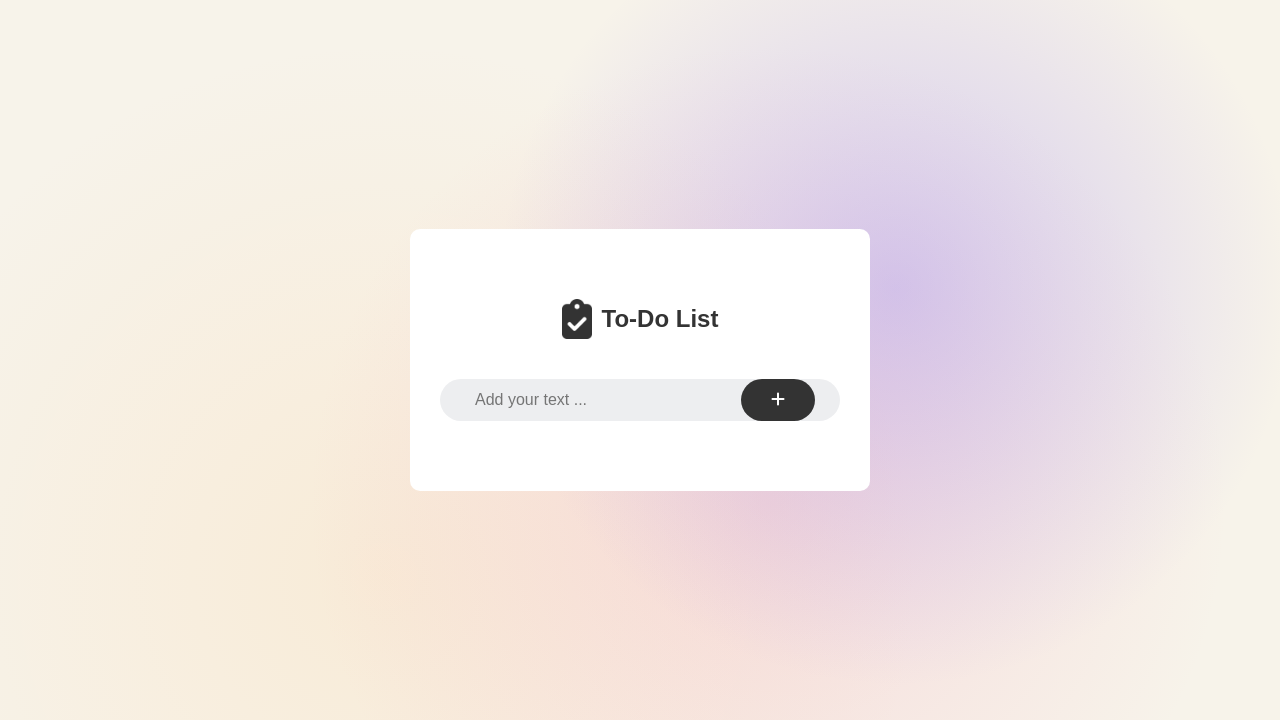
Repository: maltika/To-do_list
Page: index.html
These files come from the project's save history. The page is drawn as it stood at one moment and after a run of saves; the edit follows.
The browser window is 1280 px wide. The pictures show the whole page.

Above is the page before, as saved 2025-05-20 15:05:36.

### index.html
<!DOCTYPE html>
<html lang="en">
  <head>
    <meta charset="UTF-8" />
    <meta name="viewport" content="width=device-width, initial-scale=1.0" />
    <title>To-do List</title>
    <link rel="stylesheet" href="style.css" />
    <link
      rel="stylesheet"
      href="https://cdnjs.cloudflare.com/ajax/libs/font-awesome/6.5.0/css/all.min.css"
    />
  </head>
  <body>
    <div class="content">
      <div class="todo-app">
        <h2>
          <img src="img/Clipboard.png" />
          To-Do List
        </h2>
        <div class="row">
          <input type="text" id="input-box" placeholder="Add your text ..." />
          <button onclick="addTask()"><i class="fa-solid fa-plus"></i></button>
        </div>
        <ul id="list-container">
            <!-- <li class="checked"> Task 1 </li>
            <li> Task 2 </li>
            <li> Task 3 </li> -->
        </ul>
      </div>
    </div>
    <script src="script.js"></script>
  </body>
</html>

### style.css
body {
    margin: 0;
    padding: 0;
    min-height: 100vh;
    background-color: #f7f3ea;
    /* พื้นหลังหลัก */

    background-image:
        radial-gradient(circle at 70% 40%, rgba(128, 104, 243, 0.3), transparent 40%),
        radial-gradient(circle at 60% 70%, rgba(244, 148, 177, 0.25), transparent 50%),
        radial-gradient(circle at 30% 80%, rgba(255, 204, 140, 0.2), transparent 50%);

    background-repeat: no-repeat;
    background-size: cover;
    font-family: sans-serif;
}

.content {
    display: flex;
    justify-content: center;
    align-items: center;
    height: 100vh;
    /* text-align: center; */
    color: #333;
}

* {
    margin: 0;
    padding: 0;
    font-family: 'Poppins', sans-serif;
    box-sizing: border-box;
}

.todo-app {
    width: 100%;
    max-width: 460px;
    background-color: #fff;
    margin: 100px auto px;
    padding: 40px 30px 70px;
    border-radius: 10px;
    border-color: #A6A6A6;
}

.todo-app h2 {
    color: #333;
    display: flex;
    align-items: center;
    margin-top: 30px;
    margin-bottom: 40px;
    justify-content: center;
}

.todo-app h2 img {
    width: 30px;
    margin-right: 10px;
}

.row {
    display: flex;
    align-items: center;
    background: #edeef0;
    border-radius: 30px;
    padding: 0 25px;
    margin-bottom: 25px 30px 0 30px;
    /* gap: 10px; */
}

input {
    flex: 1;
    border: none;
    outline: none;
    background: transparent;
    padding: 10px;
    font-size: 16px;
}

button {
    border: none;
    outline: none;
    background: #333;
    color: #fff;
    padding: 12px 30px;
    font-size: 16px;
    cursor: pointer;
    border-radius: 40px;
    /* white-space: nowrap; */
}

ul li {
    list-style: none;
    font-size: 17px;
    padding: 12px 8px 12px 55px;
    margin-left: 30px;
    margin-right: 30px;
    user-select: none;
    cursor: pointer;
    position: relative;
}

ul li::before {
    content: '';
    position: absolute;
    height: 22px;
    width: 22px;
    border-radius: 50%;
    background-image: url(img/unchecked.png);
    background-size: cover;
    background-position: center;
    top: 11px;
    left: 10px;
}

ul li::after {
    content: '';
    position: absolute;
    left: 8px;
    bottom: -2px;
    width: 100%;
    max-width: 330px;
    height: 1px;

    /* ความหนาของเส้น */
    background-color: #A6A6A6;
    /* สีของเส้น */
    margin-top: 110px;
}

ul li.checked {
    color: #A6A6A6;
    font-style: italic;
    text-decoration: line-through;
}

ul li.checked::before {
    background-image: url(img/checked.png);

}

ul li span {
    position: absolute;
    right: 0;
    top: 5px;
    width: 40px;
    height: 40px;
    font-size: 22px;
    color: #A6A6A6;
    line-height: 40px;
    text-align: center;
    border-radius: 50px;
}

ul li span:hover{
    background-color: #dcdbdb;
}

### script.js
const inputBox = document.getElementById("input-box")
const listContainer = document.getElementById("list-container")

function addTask() {
    if (inputBox.value === '') {
        alert("You must write something!");
    }
    else {
        let li = document.createElement("li");
        li.innerHTML = inputBox.value;
        listContainer.appendChild(li);
        let span = document.createElement("span");
        span.innerHTML = "\u00d7";
        li.appendChild(span)
    }
    inputBox.value = "";
    saveData();
}

listContainer.addEventListener("click", function (e) {
    if(e.target.tagName === "LI") {
        e.target.classList.toggle("checked");
        saveData();
    }
    else if(e.target.tagName === "SPAN") {
        e.target.parentElement.remove();
        saveData();
    }
}, false);

function saveData(){
    localStorage.setItem("data" , listContainer.innerHTML);
}

function showTask(){
    listContainer.innerHTML = localStorage.getItem("data");
}
showTask();

After the next 3 saves:
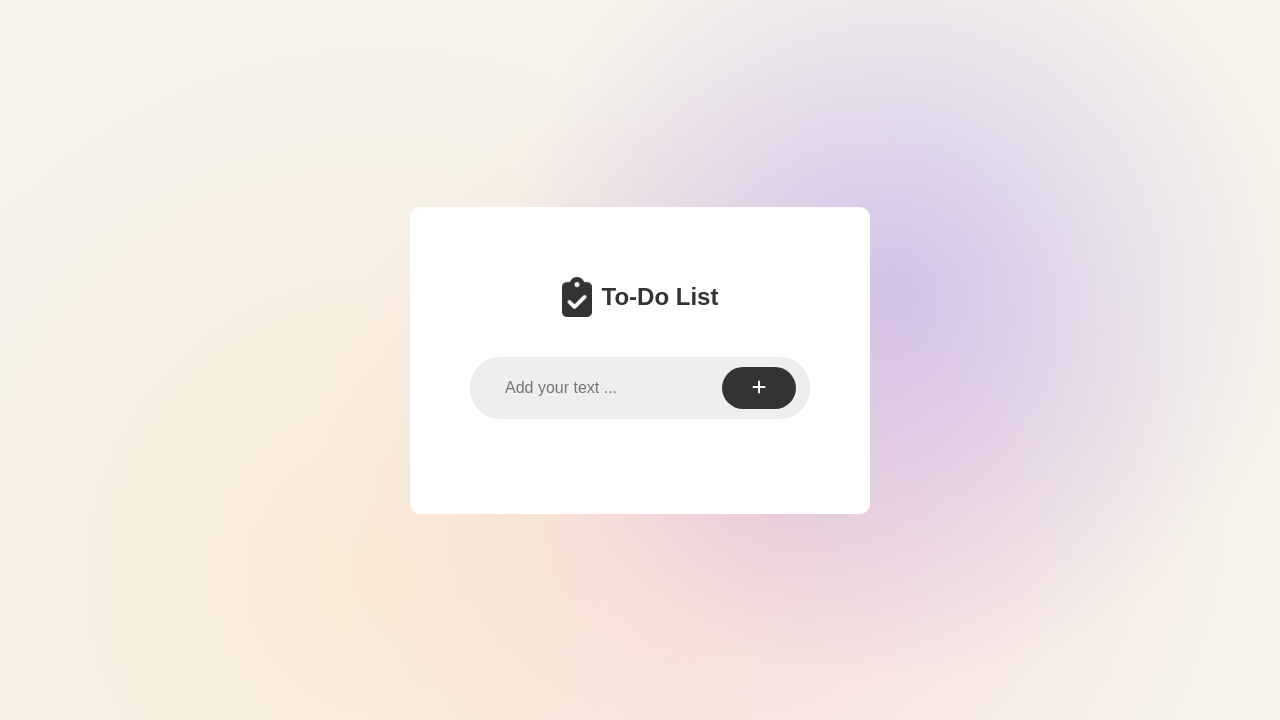
The 3 saves are shown as one change because they came seconds apart.
The last was saved 14 s later.
--- a/style.css
+++ b/style.css
@@ -60,9 +60,10 @@ body {
     align-items: center;
     background: #edeef0;
     border-radius: 30px;
-    padding: 0 25px;
-    margin-bottom: 25px 30px 0 30px;
-    /* gap: 10px; */
+    padding: 10px 25px;
+    margin-bottom: 25px;
+    margin-left: 30px;
+    margin-right: 30px;
 }
 
 input {
@@ -83,7 +84,6 @@ button {
     font-size: 16px;
     cursor: pointer;
     border-radius: 40px;
-    /* white-space: nowrap; */
 }
 
 ul li {
